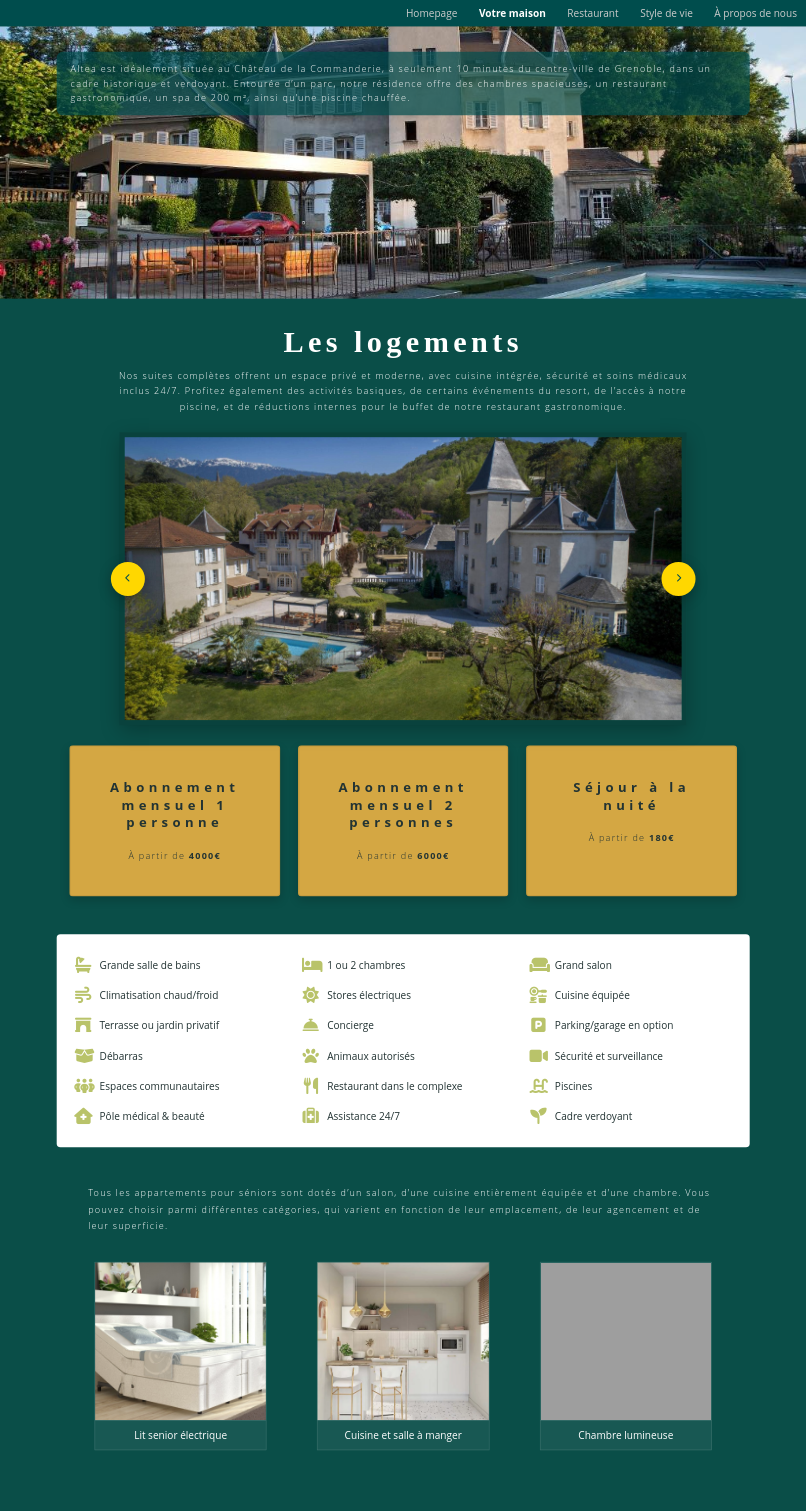
Repository: Rahimzeeeer/alteaaaa
Page: maison.html
These files come from the project's save history. The page is drawn as it stood at one moment and after the next save; the edit follows.
The browser window is 1280 px wide. The pictures show the whole page, at 63% of full size.
Pictures or frames that could not be fetched are drawn as grey boxes.

Above is the page before, as saved 2025-08-12 17:34:40.

After the next save:
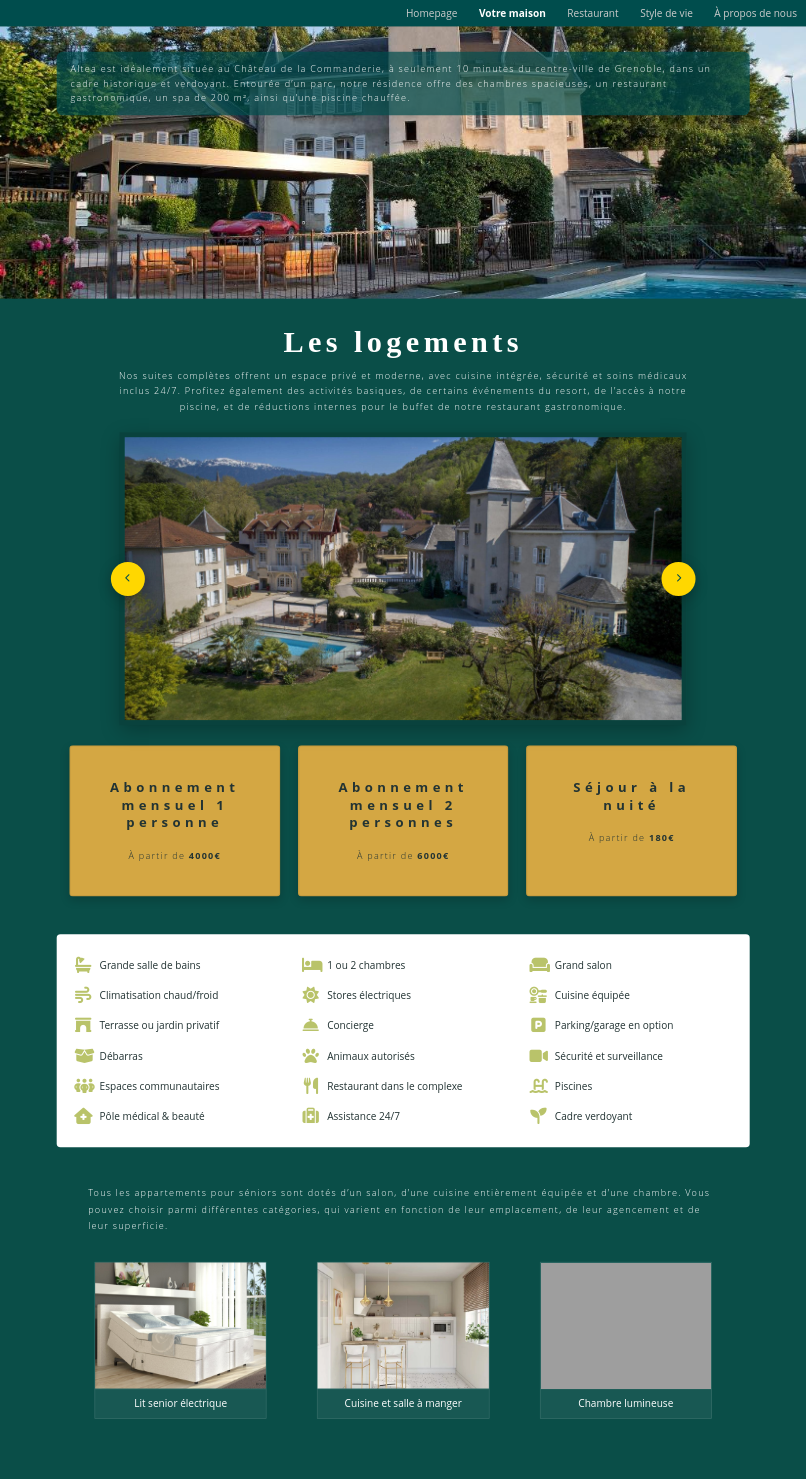
Saved 43 s later.
--- a/style.css
+++ b/style.css
@@ -476,7 +476,7 @@ body{
 .lg-item img{
     display: block;
     width: 100%;
-    height: 250px; /* même hauteur pour toutes */
+    height: 200px; /* même hauteur pour toutes */
     object-fit: cover; /* rogne l'image pour remplir sans déformation */
 
 }
